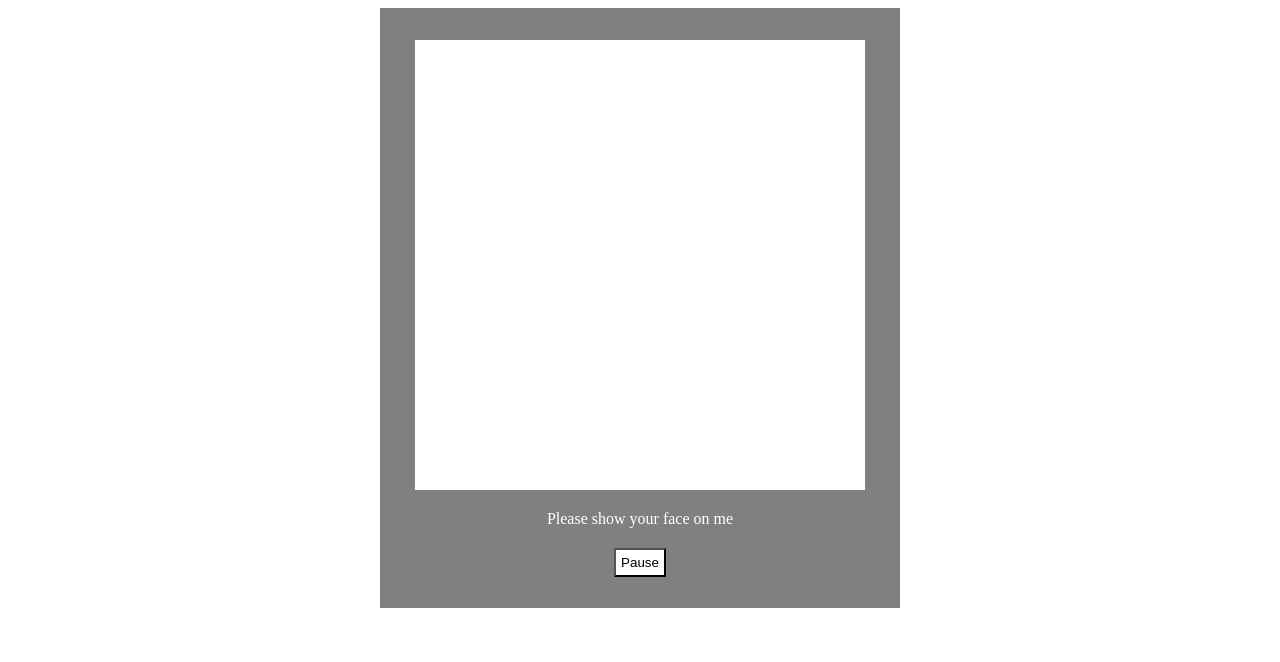
Repository: Sarah7223/internet-programming-tp
Page: TP2/TP02.5.html
These files come from the project's save history. The page is drawn as it stood at one moment and after the next save; the edit follows.
The browser window is 1280 px wide. The pictures show the whole page.

Above is the page before, as saved 2023-02-07 18:59:23.

### TP2/TP02.5.html
<!DOCTYPE html>

<head>
    <style>
        .background{
            height: 100%;
            width: 100%;
            display: flex;
            justify-content: center;
            align-items: center;
            flex-direction: row;
        }
        .grey-rectangle{
            height: 600px;
            width: 520px;
            display :flex;
            background-color: grey;
            flex-direction: column;
            justify-content: center;
            align-items: center;

        }
        .display-zone{
            display :flex;
            width: 450px;
            height: 450px;
            background-color: white;
            padding:20px;
            margin-top: 20px;
        }
        .first-line{
            display:flex;
            color:white;
            padding:20px;
            text-align: center;
        }
        .second-line{
            display: flex;
            flex-direction: row;
            align-items: center;
            align-items: center;
        }
        .btn{
            background-color: white;
            padding: 5px;
        }
        .image-name{
            color: white;
            margin-left: 10px;
        }
        #out {
            width: 450px;
            height: 450px;
            object-fit: contain;
            display: block;
        }

        /* hide if it would show the error img */
        #out[src=''] {

            opacity: 0;
        }
        .image{
            width: 450px;
            height: 450px;
            background-color: white;
        }
        .multi-projection{
            height: 600px;
            width: 600px;
            display :flex;
            flex-direction: column;
            justify-content: center;
            align-items: center;
            margin: 15px;
        }
        .title{
            background-color: black;
            color: white;
        }
        .small-canva{
            border: solid black 1px;
            margin: 5px;
        }



    </style>
</head>
<body>
    <div class="background">
        <div class="grey-rectangle">
            <div class="image">
                <video autoplay style="display:none;"></video>
                <canvas id="canvas" width="450px" height="450px"></canvas>
            </div>
            <div class="first-line">
                Please show your face on me
            </div>
            <div class="second-line">
                <button id="btn" onclick="stop()" class="btn">Pause</button>
            </div>
        </div>
        <!--
        <div class="multi-projection">
            <div class="title">Multi projection with canvases</div>
            <div class="multiple-canvas">
                <canvas class="small-canva" id="canvas1" width="150p" height="150px" ></canvas>
                <canvas class="small-canva" id="canvas2" width="150p" height="150px" ></canvas>
                <canvas class="small-canva" id="canvas3" width="150p" height="150px" ></canvas>
                <canvas class="small-canva" id="canvas4" width="150p" height="150px" ></canvas>
                <canvas class="small-canva" id="canvas5" width="150p" height="150px" ></canvas>
                <canvas class="small-canva" id="canvas6" width="150p" height="150px" ></canvas>
                <canvas class="small-canva" id="canvas7" width="150p" height="150px" ></canvas>
                <canvas class="small-canva" id="canvas8" width="150p" height="150px" ></canvas>
                <canvas class="small-canva" id="canvas9" width="150p" height="150px" ></canvas>


            </div>
            </div>
-->

    </div>



    <script src="./opencv.js" type="text/javascript">
        /*
        var playing=true;
        var vid=document.querySelector("video");
        navigator.mediaDevices.getUserMedia({
            audio:false,
            video:true
        }).then((stream) =>{
            vid.srcObject=stream;
        }).catch((err)=>{
            console.log('navigator.MediaDevices.getUserMedia error: ',err.message,err.name);
        });

        function drawSquare(number,numberLine,numberColumn){
            let src = cv.imread('canvas');
                let dst = new cv.Mat();
                let rect = new cv.Rect(numberLine*canvas.width/3,numberColumn*canvas.height/3 , canvas.width/3, canvas.height/3);
                dst = src.roi(rect);
                cv.imshow('canvas'+number, dst);
        }

        (function loop(){
            if(playing){
                var canvas=document.querySelector("canvas");
                let ctx = canvas.getContext('2d');

                ctx.drawImage(vid,0,0,canvas.width,canvas.height);

                drawSquare(1,0,0);
                drawSquare(2,1,0);
                drawSquare(3,2,0);
                drawSquare(4,0,1);
                drawSquare(5,1,1);
                drawSquare(6,2,1);
                drawSquare(7,0,2);
                drawSquare(8,1,2);
                drawSquare(9,2,2);

                setTimeout(loop,1000/30);
            }
        })();
        function stop(){
            playing=false;
        }
        let src=cv.imread('input-canvas');
        let dst= cv.Mat();
        let rect=new cv.Rect(0,0,100,100);
        dst=rc.roi(rect);
        cv.imshow('ouput-canvas',dst);
        */
        var playing=true;
        var vid=document.querySelector("video");
        navigator.mediaDevices.getUserMedia({
            audio:false,
            video:true
        }).then((stream) =>{
            vid.srcObject=stream;
        }).catch((err)=>{
            console.log('navigator.MediaDevices.getUserMedia error: ',err.message,err.name);
        });

        (function loop(){
            if(playing){
                var canvas=document.querySelector("canvas");
                let ctx = canvas.getContext('2d');
                ctx.drawImage(vid,0,0,canvas.width,canvas.height);
                setTimeout(loop,1000/30);
            }
        })();
        function stop(){
            playing=false;
        }

    </script>

</body>
</html>

Loaded but not shown: TP2/opencv.js (no stored copy; drawn as an empty file)

After the next save:
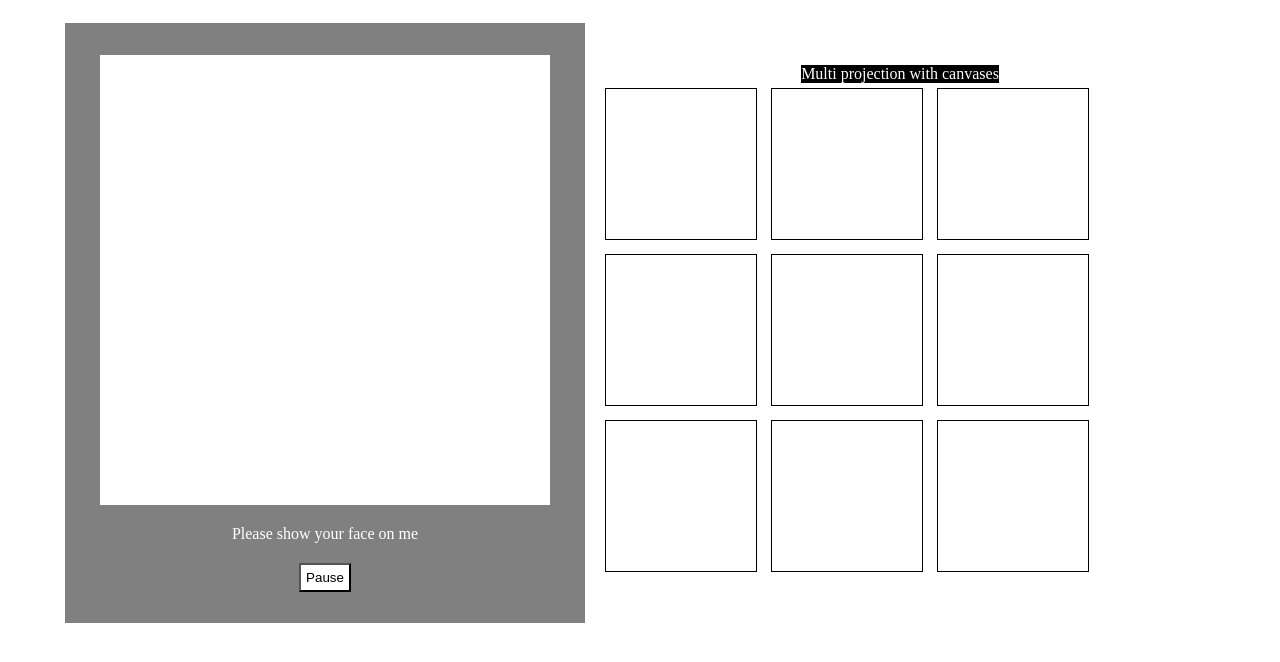
Saved 97 s later.
--- a/TP2/TP02.5.html
+++ b/TP2/TP02.5.html
@@ -101,7 +101,7 @@
                 <button id="btn" onclick="stop()" class="btn">Pause</button>
             </div>
         </div>
-        <!--
+
         <div class="multi-projection">
             <div class="title">Multi projection with canvases</div>
             <div class="multiple-canvas">
@@ -118,14 +118,14 @@
 
             </div>
             </div>
--->
+
 
     </div>
 
 
 
     <script src="./opencv.js" type="text/javascript">
-        /*
+
         var playing=true;
         var vid=document.querySelector("video");
         navigator.mediaDevices.getUserMedia({
@@ -173,29 +173,8 @@
         let rect=new cv.Rect(0,0,100,100);
         dst=rc.roi(rect);
         cv.imshow('ouput-canvas',dst);
-        */
-        var playing=true;
-        var vid=document.querySelector("video");
-        navigator.mediaDevices.getUserMedia({
-            audio:false,
-            video:true
-        }).then((stream) =>{
-            vid.srcObject=stream;
-        }).catch((err)=>{
-            console.log('navigator.MediaDevices.getUserMedia error: ',err.message,err.name);
-        });
 
-        (function loop(){
-            if(playing){
-                var canvas=document.querySelector("canvas");
-                let ctx = canvas.getContext('2d');
-                ctx.drawImage(vid,0,0,canvas.width,canvas.height);
-                setTimeout(loop,1000/30);
-            }
-        })();
-        function stop(){
-            playing=false;
-        }
+
 
     </script>
 
